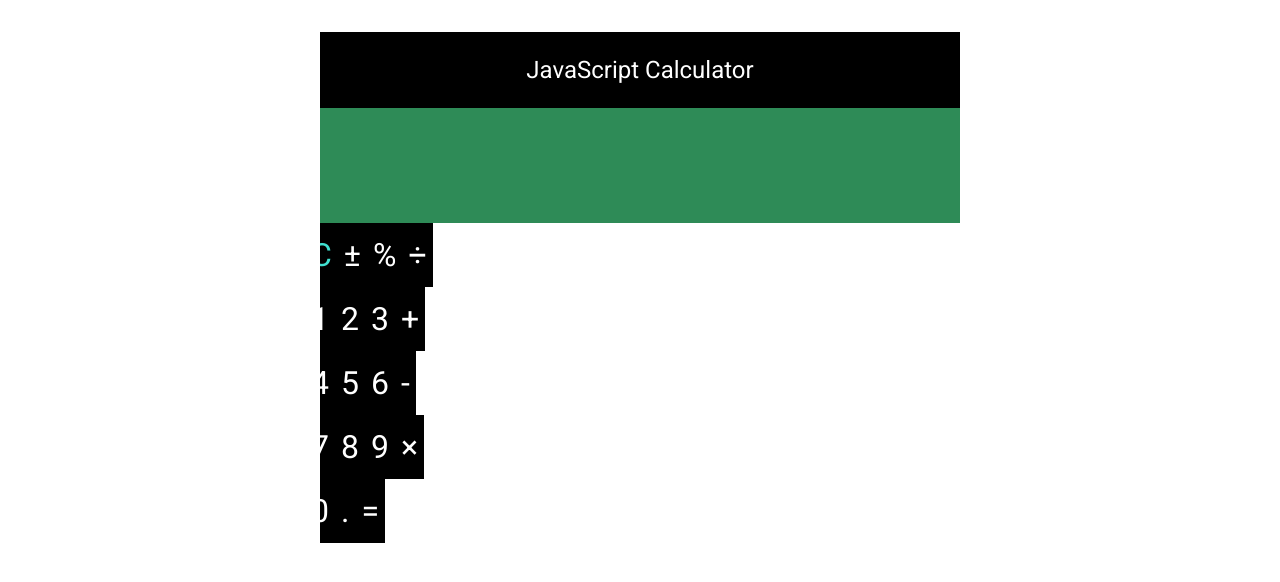
Repository: derektypist/js-calculator
Page: index.html
The author's editor kept a record of every edit. The page is drawn from the files as they stood at one moment, then again after the next edit.
The browser window is 1280 px wide. The pictures show the whole page.

Above is the page before.

After the next edit:
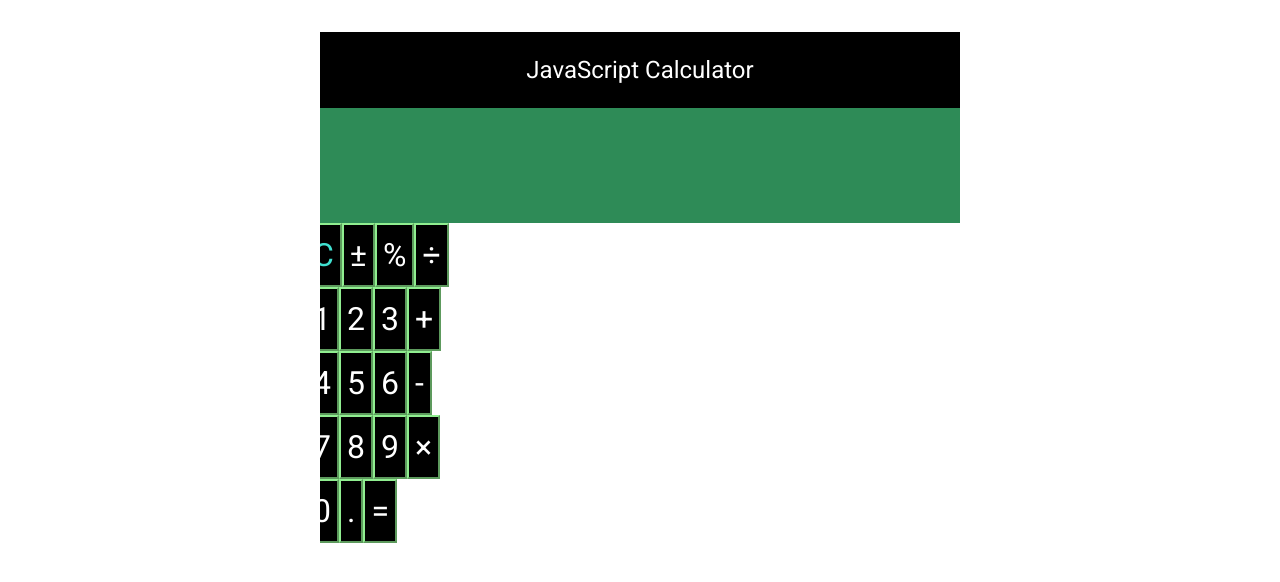
The edit:
--- a/index.html
+++ b/index.html
@@ -70,7 +70,7 @@
             font-size: 2em;
             background: black;
             color: white;
-            border: none;
+            border-color: lightgreen;
             margin-left: 0px;
             margin-right: 0px;
             height: 2em;
